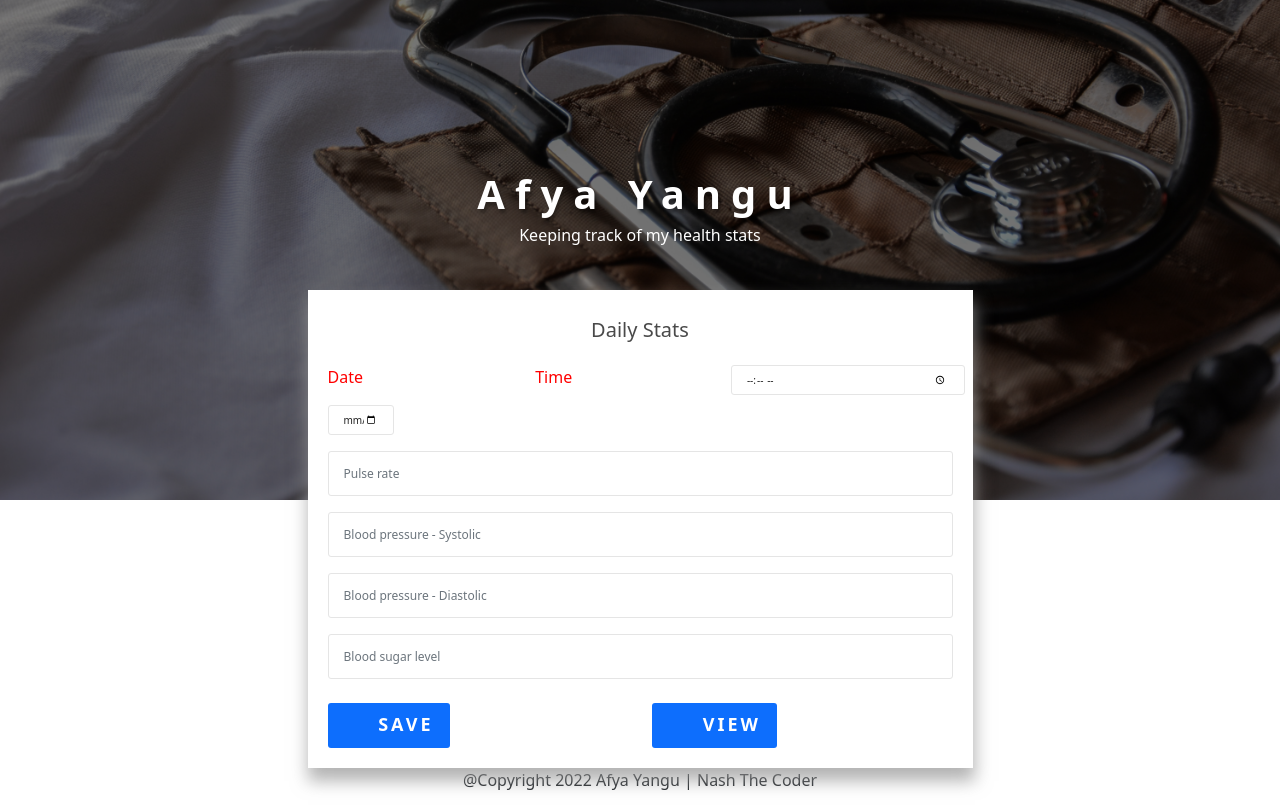
Repository: nashthecoder/afya_yangu
Page: /
An editor plug-in stored every save of this project. The page is shown before and after a run of saves, followed by the edit.
The browser window is 1280 px wide. The pictures show the whole page.
The project was rebuilt for these pictures with package versions that can differ from the ones it lists, and the page was loaded fresh each time.

Above is the page before, as saved 2022-02-27 16:40:22.

### src/App.js
import React from 'react'
import Banner from './components/Banner'
import Form from './components/Form'
import Footer from './components/Footer'
function App() {
  return (
    <div className="App">
      <Banner />
      <Form />
      <Footer />
    </div>
  );
}

export default App;

### src/style.scss
@import '../node_modules/bootstrap/scss/bootstrap.scss';
/*********************************************/
/*             GENERAL CSS              */
/*********************************************/

body {
    width: 100%;
    position: relative;
}

p.main-form-text {
    font-size: 20px !important;
    font-weight: 500;
    color: #494949;
}

h3 {
    font-size: 40px;
    letter-spacing: 10px;
    font-weight: bold;
}

h4 {
    font-size: 16px;
}

img {
    width: 100%;
    height: 100%;
}

form {
    position: relative;
}

/*********************************************/
/*              UTILITY CSS             */
/*********************************************/

input,
input.form-control {
    color: #222;
    font-size: 12px;
    background: $white;
    padding: 0 15px;
    width: 100%;
    height: 45px;
    line-height: 46px;
    outline: none;
    border: 1px solid #e5e5e5;
    border-radius: 3px;
    box-shadow: none;
    transition: all 0.3s;
}

input.form-control-short {
    color: #222;
    font-size: 10px;
    background: $white;
    padding: 0 15px;
    width: 36%;
    height: 30px;
    line-height: 35px;
    outline: none;
    border: 1px solid #e5e5e5;
    border-radius: 3px;
    box-shadow: none;
    transition: all 0.3s;
}

.btn-primary {
    font-weight: 600;
    font-size: 18px;
    cursor: pointer;
    display: inline-block;
    text-transform: uppercase;
    border: none;
    color: $white;
    border-radius: 3px;
    transition: all 0.3s;
    letter-spacing: 3px;
}

.btn-primary:hover,
.btn-primary:focus {
    background-color: #2b2b2b;
}

.banner {
    background-image: url("./images/bg.jpg");
    min-height: 500px;
    padding: 40px 0px;
    position: relative;
    background-position: center center;
    background-size: cover;
    background-repeat: no-repeat;
}

.banner::before {
    content: "";
    width: 100%;
    height: 100%;
    opacity: 0.5;
    background-color: #000;
    position: absolute;
    top: 0;
}

.brand {
    text-shadow: 2px 4px 3px rgba(0, 0, 0, 0.3);
}

.caption-text {
    margin-top: 130px;
    color: $white;
    position: relative;
}

/*********************************************/
/*              BANNER CSS              */
/*********************************************/

.banner {
    background-image: url("./images/bg.jpg");
    min-height: 500px;
    padding: 40px 0px;
    position: relative;
    background-position: center center;
    background-size: cover;
    background-repeat: no-repeat;
}

.banner::before {
    content: "";
    width: 100%;
    height: 100%;
    opacity: 0.5;
    background-color: #000;
    position: absolute;
    top: 0;
}

.brand {
    text-shadow: 2px 4px 3px rgba(0, 0, 0, 0.3);
}

.caption-text {
    margin-top: 130px;
    color: $white;
    position: relative;
}

/*********************************************/
/*              FORM CSS                "/
/*********************************************/

.form-box #box-title {
    position: relative;
    padding: 10px;
    text-align: center;
}

.form-box #box-title p {
    margin-bottom: 0;
    font-size: 14px;
}

.fill-form {
    position: relative;
    margin: -210px auto 0px auto;
    box-shadow: 1px 12px 16px 1px rgba(153, 153, 153, 0.75);
    -webkit-box-shadow: 1px 12px 16px 1px rgba(153, 153, 153, 0.75);
    -moz-box-shadow: 1px 12px 16px 1px rgba(153, 153, 153, 0.75);
}

.fill-form .form-box__img {
    background-color: transparent;
}

.fill-form .form-box__content {
    padding: 20px;
    background-color: $white;
}

.row {
    color: red;
}

/*********************************************/
/*               FOOTER CSS                  "/
/*********************************************/

footer p {
    margin: 55px 0px 60px 0px;
    font-size: 17px;
    font-weight: 600;
    color: transparent;
    -webkit-background-clip: text;
    -moz-background-clip: text;
    background-clip: text;
}

/*********************************************/
/*              MEDIA QUERIES CSS           "/
/*********************************************/

@media only screen and (min-width: 994px) and (max-width: 1398px) and (-webkit-min-device-pixel-ratio: 1) {
    .form-box #box-title {
        padding: 5px 20px 20px 20px;
    }
}

@media only screen and (min-width: 767px) and (max-width: 1196px) and (-webkit-min-device-pixel-ratio: 1) {
    .form-box #box-title {
        padding: 0px;
    }
    .fill-form .form-box__content {
        padding: 50px 50px 60px 50px;
    }
}

@media only screen and (min-width: 500px) and (max-width: 766px) and (-webkit-min-device-pixel-ratio: 1) {
    .form-box #box-title {
        padding: 0px;
    }
    .fill-form .form-box__content {
        padding: 50px 50px 60px 50px;
    }
    h3.brand {
        font-size: 30px;
    }
    .caption-text h4 {
        font-size: 14px;
    }
    .caption-text {
        margin-top: 110px;
    }
    footer {
        margin-bottom: 30px;
    }
    .form-box__img {
        display: none;
    }
}

@media only screen and (min-width: 360px) and (max-width: 499px) and (-webkit-min-device-pixel-ratio: 1) {
    .caption-text {
        margin-top: 30px;
    }
    h3.brand {
        font-size: 19px;
    }
    .banner {
        min-height: 400px;
    }
    .form-box__img {
        display: none;
    }
    footer {
        margin-bottom: 10px;
    }
}

@media only screen and (max-width: 359px) {
    .caption-text {
        margin-top: 30px;
    }
    h3.brand {
        font-size: 17px;
    }
    .caption-text h4 {
        font-size: 12px;
    }
    .banner {
        min-height: 400px;
    }
    .form-box__img {
        display: none;
    }
    .form-box #box-title {
        padding: 0px 30px 30px;
    }
}

### src/components/Banner.js
import React from 'react'

const Banner = () => {
    return (
        <>
        <header>
            <div className="banner">
                <div className="container">
                    <div className="row">
                        <div className="col-lg-9 offset-lg-3 mx-auto">
                            <div className="caption-text text-center">
                                <h3 className="brand">Afya Yangu</h3>
                                <h4> Keeping track of my health stats</h4>
                            </div>
                        </div>
                    </div>
                </div>
            </div>
        </header>
        </>
    )
}

export default Banner

### src/components/Form.js
import React from 'react'

const Form = () => {
    return (
        <>
        <section>
            <div className="container">
                <div className="row">
                <div className="col-lg-7 offset-lg-2 g-0 mx-auto">
                    <div className="fill-form form-box">
                            <div className="form-box__content">
                            <div id="box-title">
                                <p className="main-form-text">Daily Stats</p>
                            </div>
                            <form>
                                <div class="row">
                                    <div class="col">
                                        <p>Date</p>
                                        <input
                                            class="form-control-short"
                                            id="date"
                                            name="date"
                                            placeholder="Date"
                                            type="date"
                                        />
                                    </div>
                                    <div class="col">
                                        <p>Time</p>
                                    </div>
                                    <input
                                        class="form-control-short"
                                        id="time"
                                        name="time"
                                        placeholder="Time"
                                        type="time"
                                    />
                                </div>
                                <div className="mt-3">
                                <input
                                    className="form-control"
                                    id="pulse-rate"
                                    name="pulse-rate"
                                placeholder="Pulse rate"
                                    type="number"
                                />
                                </div>
                                <div className="mt-3">
                                    <input
                                        class="form-control"
                                    id="systolic-number"
                                        name="systolic-number"
                                        placeholder="Blood pressure - Systolic"
                                        type="number"
                                    />
                                </div>
                                <div className="mt-3">
                                    <input
                                        className="form-control"
                                        id="diastolic-number"
                                        name="diastolic-number"
                                    placeholder="Blood pressure - Diastolic"
                                        type="number"
                                    />
                                </div>
                                <div className="mt-3">
                                    <input
                                        class="form-control"
                                    id="bloodSugar-level"
                                        name="bloodSugar-level"
                                        placeholder="Blood sugar level"
                                        type="number"
                                    />
                                </div>
                                <div className="d-grid mt-4">
                                <div class="container">
                                    <div class="row row-cols-2">
                                        <div class="col">
                                            <button class="btn btn-primary btn-lg" type="submit" value="Send Now">
                                                <svg
                                                xmlns="http://www.w3.org/2000/svg"
                                                width="27"
                                                height="27"
                                                fill="currentColor"
                                                class="bi bi-mailbox2"
                                                viewBox="0 0 16 16"
                                                >
                                                </svg>{" "}
                                                Save
                                            </button>
                                        </div>
                                        <div class="col">
                                            <button class="btn btn-primary btn-lg" type="submit" value="Send Now">
                                                <svg
                                                xmlns="http://www.w3.org/2000/svg"
                                                width="27"
                                                height="27"
                                                fill="currentColor"
                                                class="bi bi-mailbox2"
                                                viewBox="0 0 16 16"
                                                >
                                                </svg>{" "}
                                                View
                                            </button>
                                        </div>
                                    </div>
                                </div>
                                </div>
                            </form>
                            </div>
                        </div>
                    </div>
                </div>
                </div>
        </section>
        </>
    )
}

export default Form

### src/components/Footer.js
import React from 'react'

const Footer = () => {
    return (
        <>
        <div>
            <p className="footer text-center">@Copyright 2022 Afya Yangu | Nash The Coder</p>
        </div>
        </>
    )
}

export default Footer

Loaded but not shown: public/index.html (common file); src/index.js (common file); src/reportWebVitals.js (common file)

After the next 3 saves:
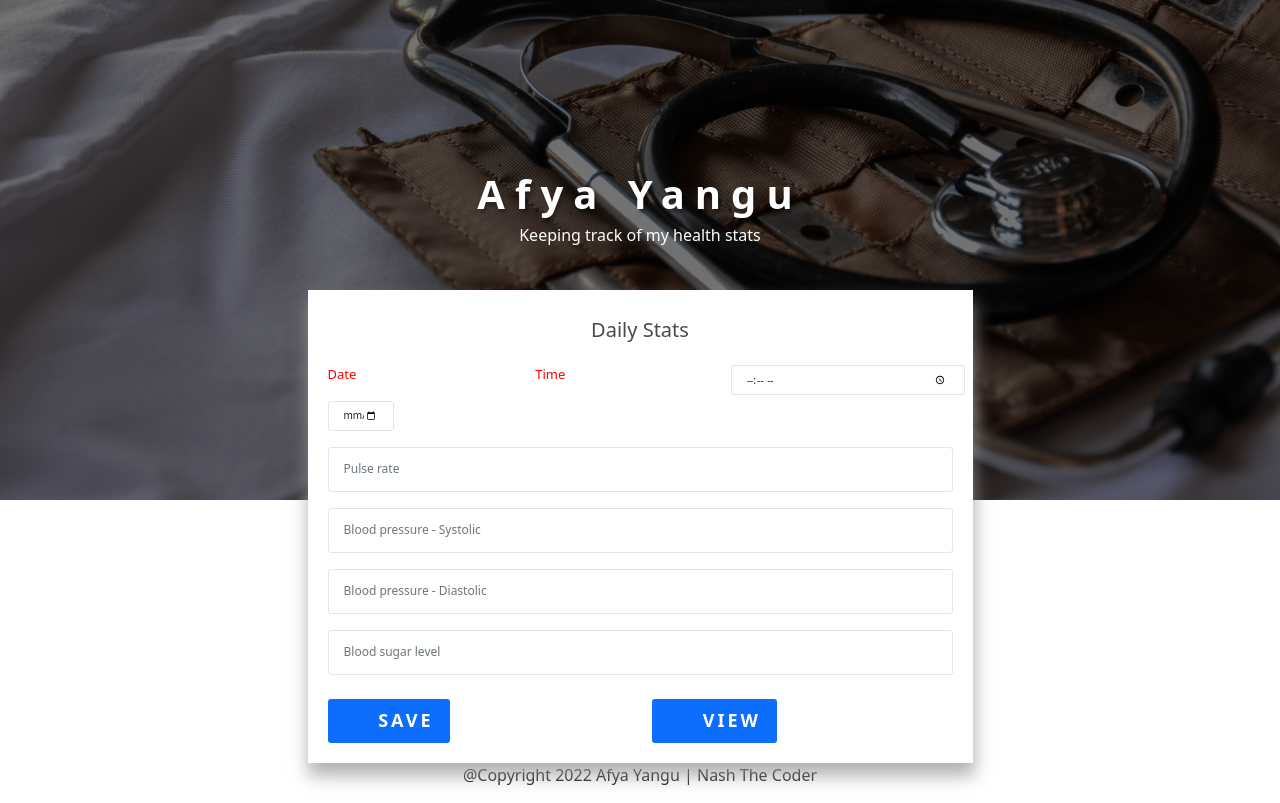
The 3 saves are shown as one change because they came seconds apart.
The last was saved 14 s later.
--- a/src/style.scss
+++ b/src/style.scss
@@ -184,6 +184,7 @@ input.form-control-short {
 
 .row {
     color: red;
+    font-size: small;
 }
 
 /*********************************************/
